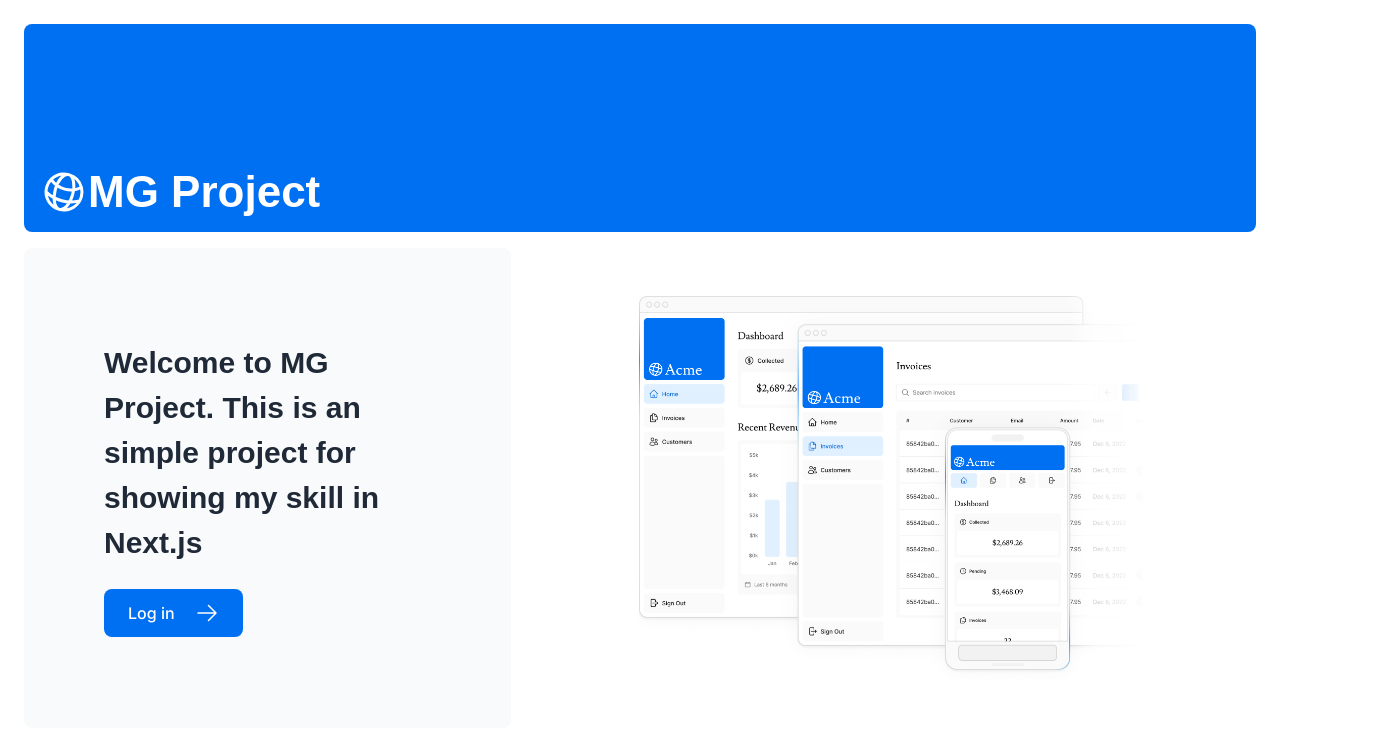
Repository: MikayelGubryan/Financial-dashboard
Page: /
An editor plug-in stored every save of this project. The page is shown before and after the next save, followed by the edit.
The browser window is 1280 px wide. The page is 1280 px wide, then 1397 px, so the pictures cover 1397 px, including what lies to the right of the window. The pictures show the whole page.
Some web fonts or font styles are not loaded; a fallback is used. The project was rebuilt for these pictures with package versions that can differ from the ones it lists, and the page was loaded fresh each time. The framework's server and built-in components were replaced by stand-ins that run in the browser. Also part of the build but not shown: next.config.mjs.

Above is the page before, as saved 2024-07-08 22:49:04.

### app/page.tsx
import AcmeLogo from '@/app/ui/acme-logo';
import { ArrowRightIcon } from '@heroicons/react/24/outline';
import Link from 'next/link';
import { lusitana } from './ui/fonts';
import Image from 'next/image';

export default function Page() {
  return (
    <main className="flex min-h-screen flex-col p-6">
      <div className="flex h-20 shrink-0 items-end rounded-lg bg-blue-500 p-4 md:h-52">
        <AcmeLogo />
      </div>
      <div className="mt-4 flex grow flex-col gap-4 md:flex-row">
        <div className="flex flex-col justify-center gap-6 rounded-lg bg-gray-50 px-6 py-10 md:w-2/5 md:px-20">
          <p className={`text-xl text-gray-800 md:text-3xl md:leading-normal ${lusitana.className}`}>
            <strong>Welcome to MG Project.</strong> This is an simple project for showing my skill in Next.js
          </p>
          <Link
            href="/login"
            className="flex items-center gap-5 self-start rounded-lg bg-blue-500 px-6 py-3 text-sm font-medium text-white transition-colors hover:bg-blue-400 md:text-base"
          >
            <span>Log in</span> <ArrowRightIcon className="w-5 md:w-6" />
          </Link>
        </div>
        <div className="flex items-center justify-center p-6 md:w-3/5 md:px-28 md:py-12">
          <Image
            src="/hero-desktop.png"
            width={1000}
            height={760}
            className="hidden md:block"
            alt="Screenshots of the dashboard project showing desktop version"
          />
        </div>
      </div>
    </main>
  );
}

### app/ui/fonts.ts
import { Inter } from 'next/font/google';
import { Lusitana } from 'next/font/google';

export const inter = Inter({subsets: ['latin']});
export const lusitana = Lusitana({subsets: ['latin'], weight: '700'})

### app/ui/acme-logo.tsx
import { GlobeAltIcon } from '@heroicons/react/24/outline';
import { lusitana } from '@/app/ui/fonts';

export default function AcmeLogo() {
  return (
    <div
      className={`${lusitana.className} flex flex-row items-center leading-none text-white`}
    >
      <GlobeAltIcon className="h-12 w-12 rotate-[15deg]" />
      <p className="text-[44px]">MG Project</p>
    </div>
  );
}

Loaded but not shown: app/layout.tsx (common file); app/ui/global.css (common file); tailwind.config.ts (common file)

After the next save:
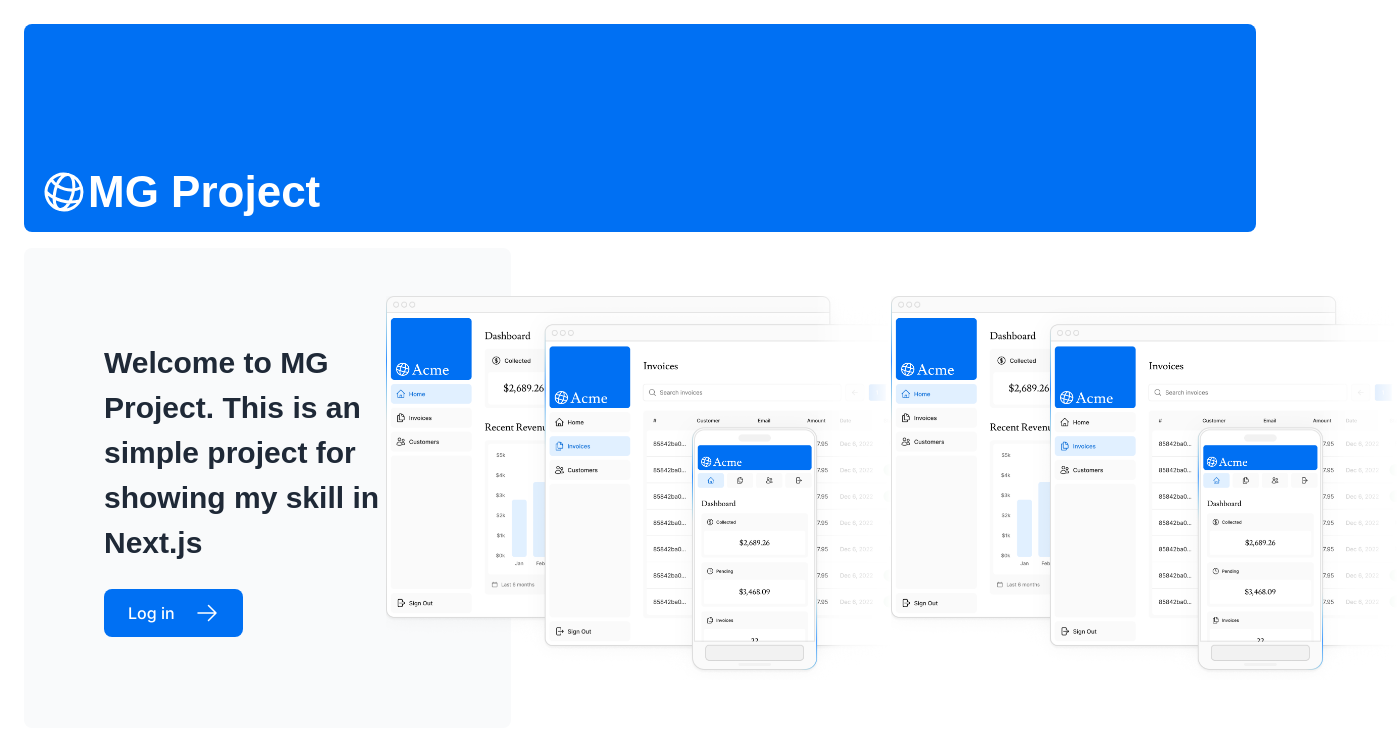
Saved 75 s later.
--- a/app/page.tsx
+++ b/app/page.tsx
@@ -30,6 +30,13 @@
             className="hidden md:block"
             alt="Screenshots of the dashboard project showing desktop version"
           />
+                <Image
+        src="/hero-desktop.png"
+        width={1000}
+        height={760}
+        className="hidden md:block"
+        alt="Screenshots of the dashboard project showing desktop version"
+      />
         </div>
       </div>
     </main>
